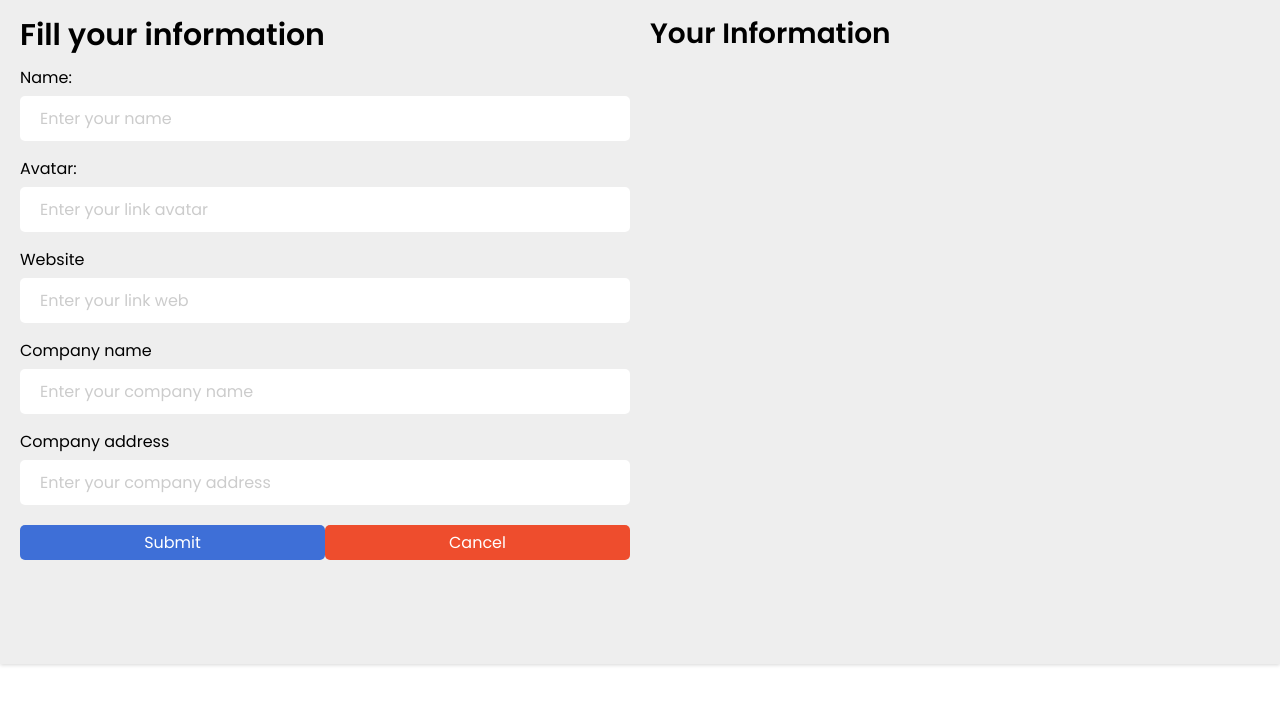
Repository: nttthao9/management
Page: index.html
These files come from the project's save history. The page is drawn as it stood at one moment and after the next save; the edit follows.
The browser window is 1280 px wide. The pictures show the whole page.
The page's requests for data from a server got no answer. Some web libraries are served in a nearby version.

Above is the page before, as saved 2021-10-14 16:36:33.

After the next save:
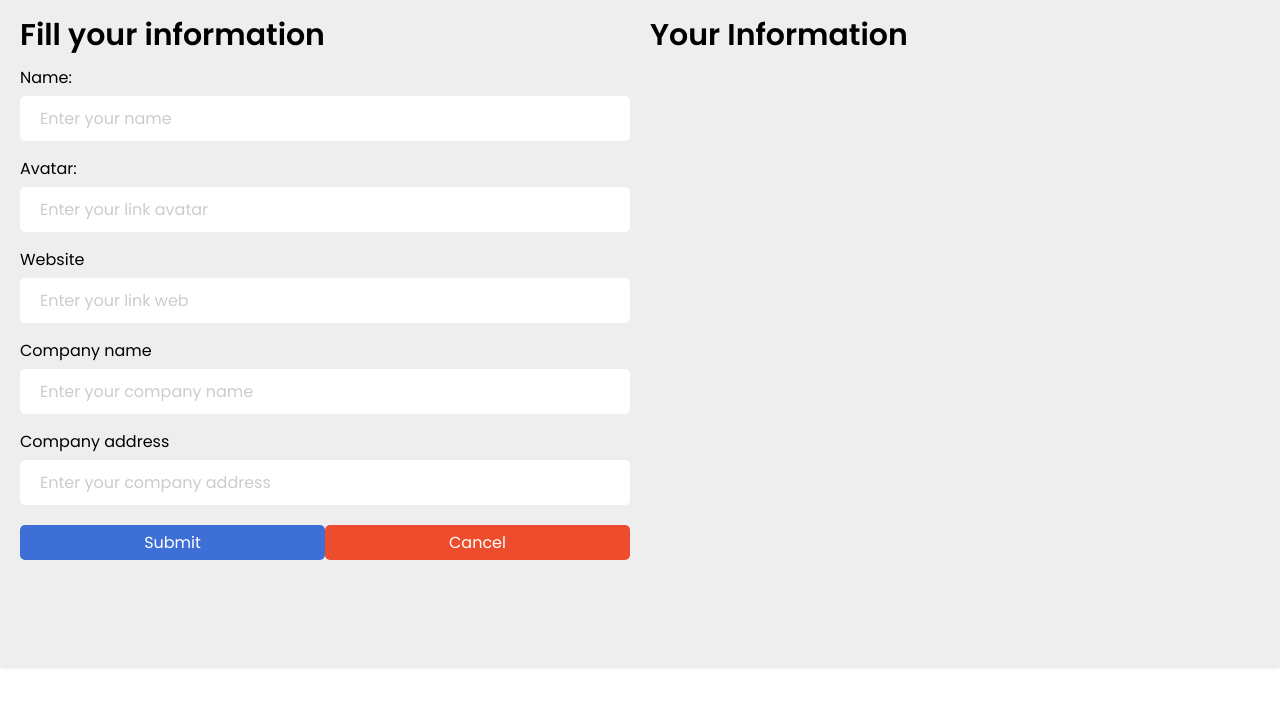
Saved 28 s later.
--- a/style.css
+++ b/style.css
@@ -144,7 +144,7 @@ input:focus {
   margin-left: auto;
 }
 .filled {
-  font-size: 2.8rem;
+  font-size: 3rem;
   margin-bottom: 2rem;
 }
 .your-image {
